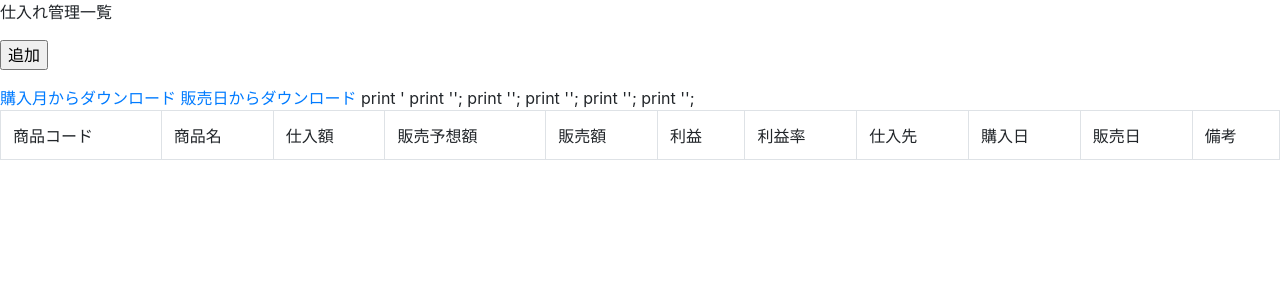
Repository: hayashikazuki/quroud9
Page: http://localhost/hurugi_keisan/product/hurugi_list.php
The author's editor kept a record of every edit. The page is drawn from the files as they stood at one moment, then again after the next edit.
The browser window is 1280 px wide. The pictures show the whole page.
The page is run by PHP 8.4 with error messages shown; the project is at /var/www/html/. Queries for data that is not in the repository find no rows.

Above is the page before.

### hurugi_keisan/product/hurugi_list.php
<!DOCTTYPE>
<html lang="ja">
    <head>
        <meta charaset="UTF-8">
        <title>古着管理アプリ</title>
        <link rel="stylesheet" href="bootstrap.css"/>
    </head>
    <body>
    <?php

    try
    {
    $dsn='mysql:dbname=hurugi_keisan;host=localhost;charset=utf8';
    $user='root';
    $password='';
    $dbh = new PDO($dsn,$user,$password);
    $dbh->setAttribute(PDO::ATTR_ERRMODE,PDO::ERRMODE_EXCEPTION);

    $sql = 'SELECT code,namecode,name,stocking,expect,sale,shop,date,saledate,remarks FROM hurugi_product WHERE 1';
    $stmt = $dbh->prepare($sql);
    $stmt->execute();

    $dbh = null;


    ?>

    <p>仕入れ管理一覧</p>
    <form method="post" action="hurugi_branch.php">
        <input type="submit" value="追加" name="add">
    </form>
    <a href="hurugi_download.php">購入月からダウンロード</a>
    <a href="saledate_download.php">販売日からダウンロード</a>

    <table class="table table-bordered">
    <tr>
    <td>商品コード</td>
    <td>商品名</td>
    <td>仕入額</td>
    <td>販売予想額</td>
    <td>販売額</td>
    <td>利益</td>
    print '<td>利益率</td>
    print '<td>仕入先</td>';
    print '<td>購入日</td>';
    print '<td>販売日</td>';
    print '<td>備考</td>';
    print '</tr>';
    <?php
    while(true)
    {

        $rec = $stmt->fetch(PDO::FETCH_ASSOC);
        if($rec==false)
        {
            break;
        }
        print '<tr>';
        print '<td>';
        print $rec['namecode'];
        print '</td>';
        print '<td>';
        print '<a href="hurugi_disp.php?hurugicode='.$rec['code'].'">';
        print $rec['name'];
        print '</a>';
        print '</td>';
        print '<td>';
        print $rec['stocking'];
        print '</td>';
        print '<td>';
        print $rec['expect'];
        print '</td>';
        print '<td>';
        print $rec['sale'];
        print '</td>';
        print '<td>';
        print $rec['sale']-$rec['stocking'];
        print '</td>';
        print '<td>';
        print floor(($rec['sale']-$rec['stocking']) / $rec['sale'] * 100);
        print '</td>';
        print '<td>';
        print $rec['shop'];
        print '</td>';
        print '<td>';
        print $rec['date'];
        print '</td>';
        print '<td>';
        print $rec['saledate'];
        print '</td>';
        print '<td>';
        print $rec['remarks'];
        print '</td>';
        print '</tr>';
    }
    print '</table>';

    }
    catch(Exception $e)
    {
        print 'ただいま障害により大変ご迷惑をお掛けしております。';
        exit();
    }
    ?>




    </body>
</html>

Loaded but not shown: hurugi_keisan/product/bootstrap.css (library)

After the next edit:
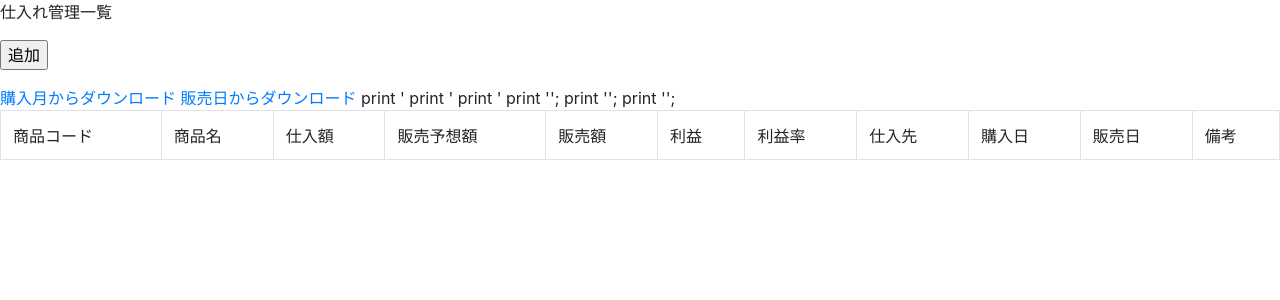
The edit:
--- a/hurugi_keisan/product/hurugi_list.php
+++ b/hurugi_keisan/product/hurugi_list.php
@@ -41,8 +41,8 @@
     <td>販売額</td>
     <td>利益</td>
     print '<td>利益率</td>
-    print '<td>仕入先</td>';
-    print '<td>購入日</td>';
+    print '<td>仕入先</td>
+    print '<td>購入日</td>
     print '<td>販売日</td>';
     print '<td>備考</td>';
     print '</tr>';
